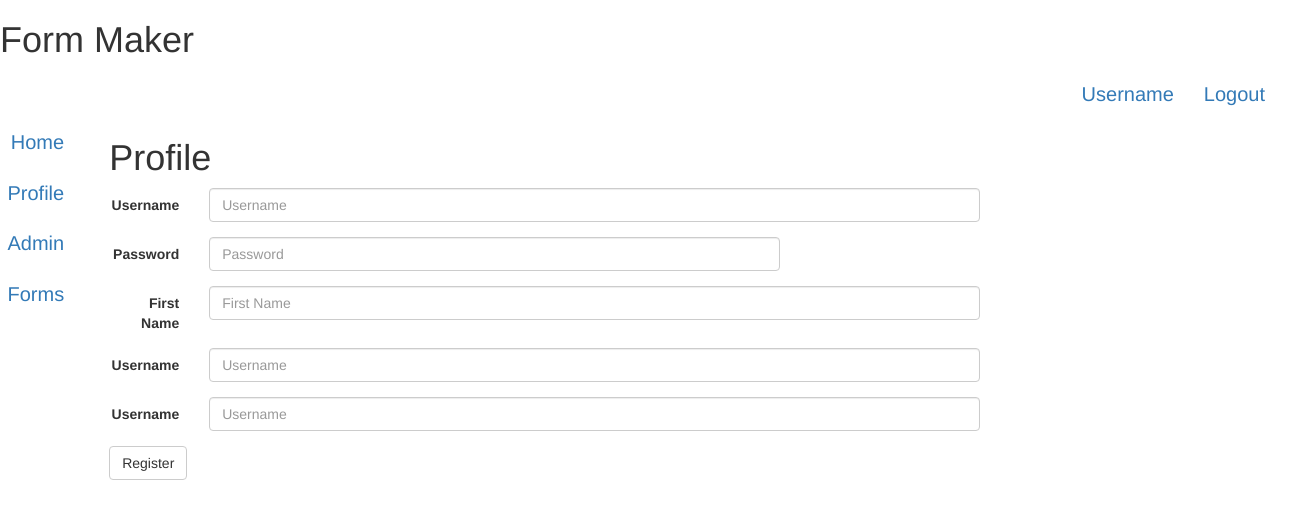
Repository: dishant8/Web-development
Page: public/WebDevWorkspace/Assignment1/WebContent/Css/Bootstrap/profile.html
These files come from the project's save history. The page is drawn as it stood at one moment and after the next save; the edit follows.
The browser window is 1280 px wide. The page is 1295 px wide, so the pictures cover 1295 px, including what lies to the right of the window. The pictures show the whole page.

Above is the page before, as saved 2015-09-30 23:47:40.

After the next save:
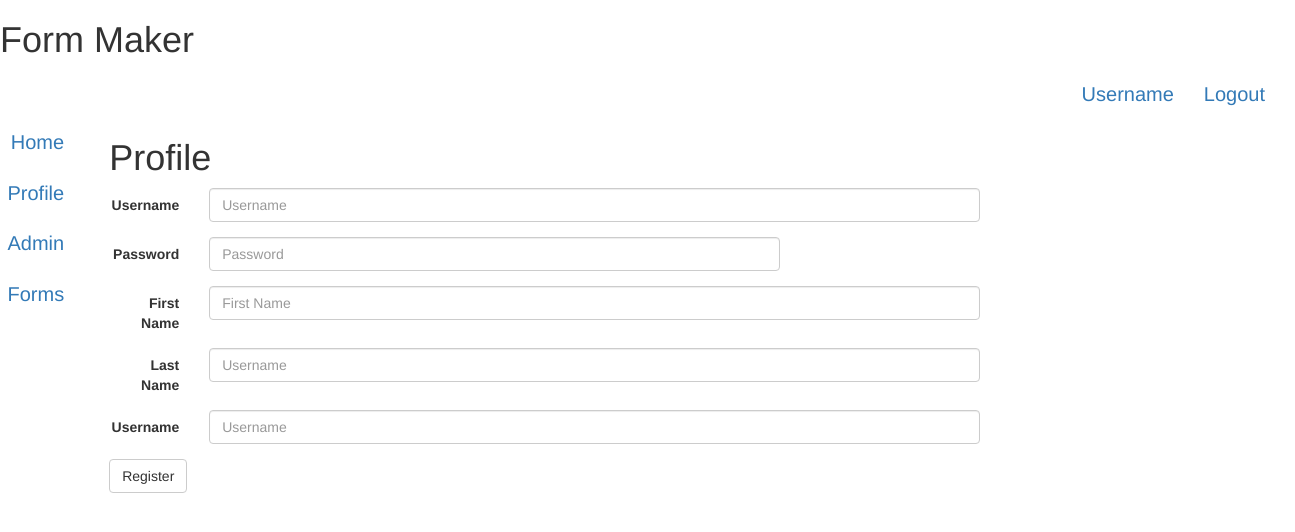
Saved 10 s later.
--- a/public/WebDevWorkspace/Assignment1/WebContent/Css/Bootstrap/profile.html
+++ b/public/WebDevWorkspace/Assignment1/WebContent/Css/Bootstrap/profile.html
@@ -67,7 +67,7 @@
 				</div>
 
 				<div class="form-group">
-					<label for="last name" class="col-sm-1 control-label">Username</label>
+					<label for="last name" class="col-sm-1 control-label">Last Name</label>
 					<div class="col-sm-8">
 						<input type="text" class="form-control" id="username"
 							placeholder="Username">
